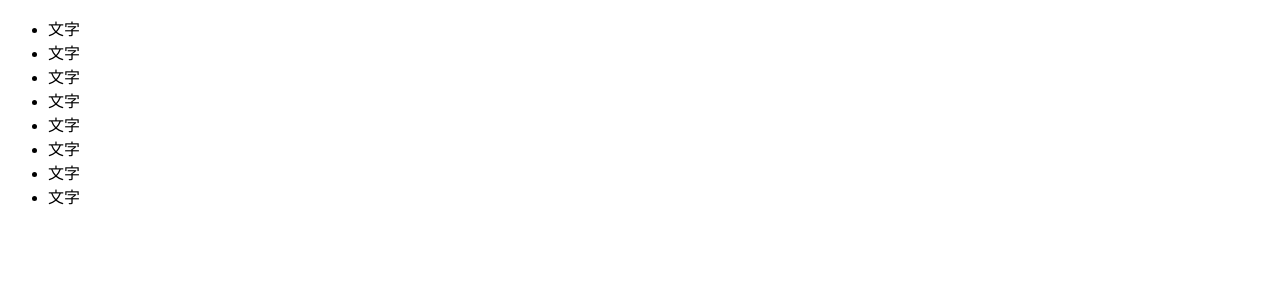
Repository: Germtao/Web
Page: web_css/css_样式表继承和层叠.html
The author's editor kept a copy of each file at every save. The page is drawn from the files as they stood at one save, then again after the next save.
The browser window is 1280 px wide. The pictures show the whole page.

Above is the page before, as saved 2020-10-29 13:48:08.

After the next save:
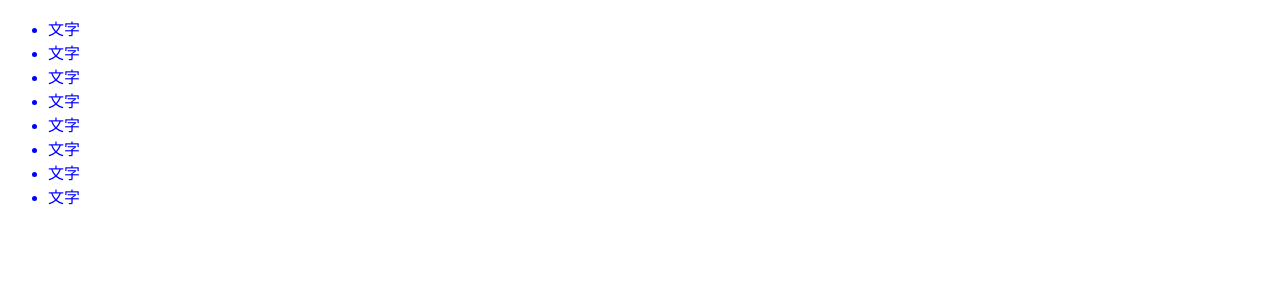
Saved 47 s later.
--- a/web_css/css_样式表继承和层叠.html
+++ b/web_css/css_样式表继承和层叠.html
@@ -40,6 +40,14 @@
     div.hezi1 div.hezi2 div.hezi3 p {
       color: blue;
     } */
+
+    .hezi ul li {
+      color: blue;
+    }
+
+    .teshu {
+      color: red;
+    }
   </style>
 </head>
 
